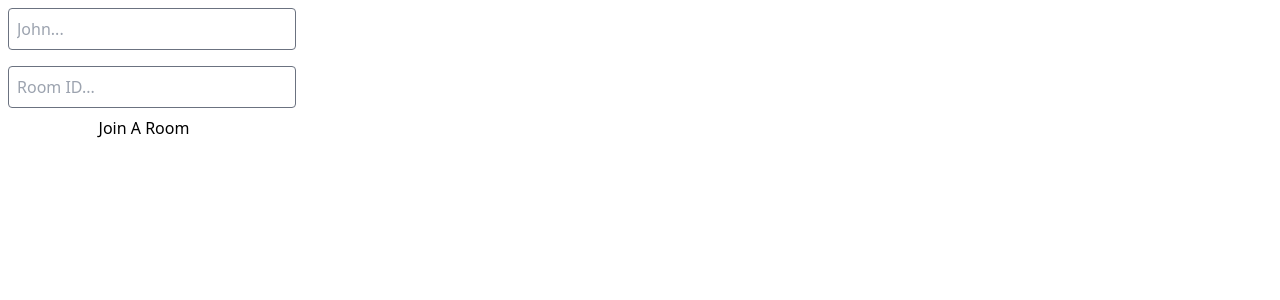
Repository: GabrielMorring/tictactoe
Page: /
The author's editor kept a copy of each file at every save. The page is drawn from the files as they stood at one save, then again after the next save.
The browser window is 1280 px wide. The pictures show the whole page.
The page's requests for data from a server got no answer. The project was rebuilt for these pictures with package versions that can differ from the ones it lists, and the page was loaded fresh each time. No one was signed in, and anything a server would have sent is missing. Also part of the build but not shown: src/components/Square.jsx, src/components/Board.jsx.

Above is the page before, as saved 2022-06-20 10:16:24.

### src/App.js
import Board from "./components/Board";
import { useState } from "react";
import io from "socket.io-client";

const socket = io.connect("http://localhost:3001");

function App() {
  const [showBoard, setShowBoard] = useState(false);
  const [userName, setUserName] = useState("");
  const [room, setRoom] = useState("");

  const joinRoom = () => {
    if (userName !== "" && room !== "") {
      socket.emit("join_room", room);
      setShowBoard(true);
    } else {
      alert("Please enter a username and room");
    }
  };

  return (
    <div className="">
      {showBoard ? (
        <Board socket={socket} userName={userName} room={room} />
      ) : (
        <div className="flex flex-col w-72 my-auto ">
          <input
            className="w-full p-2 m-2 border border-gray-500 rounded"
            type="text"
            placeholder="John..."
            onChange={(e) => setUserName(e.target.value)}
          />
          <input
            className="w-full p-2 m-2 border border-gray-500 rounded"
            type="text"
            placeholder="Room ID..."
            onChange={(e) => setRoom(e.target.value)}
          />
          <button onClick={joinRoom}>Join A Room</button>
        </div>
      )}
    </div>
  );
}

export default App;

Loaded but not shown: public/index.html (common file); src/index.js (common file); src/index.css (common file); src/reportWebVitals.js (common file); tailwind.config.js (common file)

After the next save:
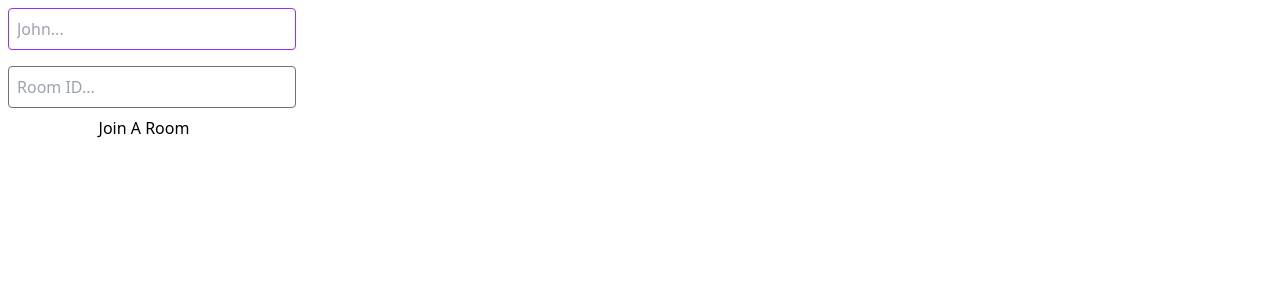
Saved 118 s later.
--- a/src/App.js
+++ b/src/App.js
@@ -25,7 +25,7 @@ function App() {
       ) : (
         <div className="flex flex-col w-72 my-auto ">
           <input
-            className="w-full p-2 m-2 border border-gray-500 rounded"
+            className="w-full p-2 m-2 border border-purple-600 rounded"
             type="text"
             placeholder="John..."
             onChange={(e) => setUserName(e.target.value)}
